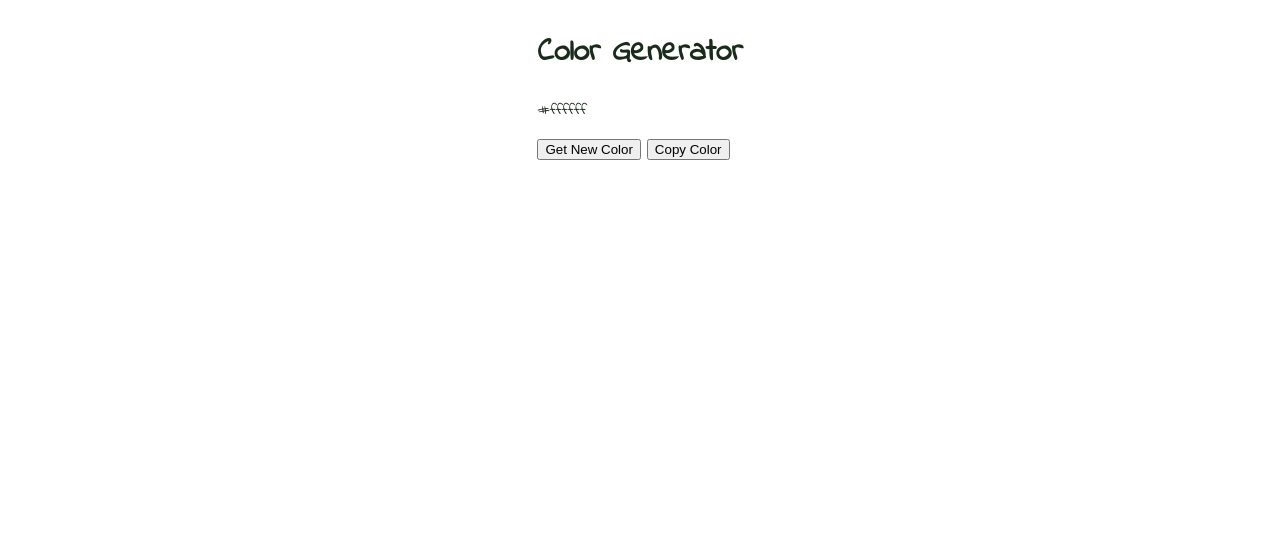
Repository: codimis/JSB-01-Color-Changer
Page: index.html
An editor plug-in stored every save of this project. The page is shown before and after the next save, followed by the edit.
The browser window is 1280 px wide. The pictures show the whole page.

Above is the page before, as saved 2021-09-17 01:35:58.

After the next save:
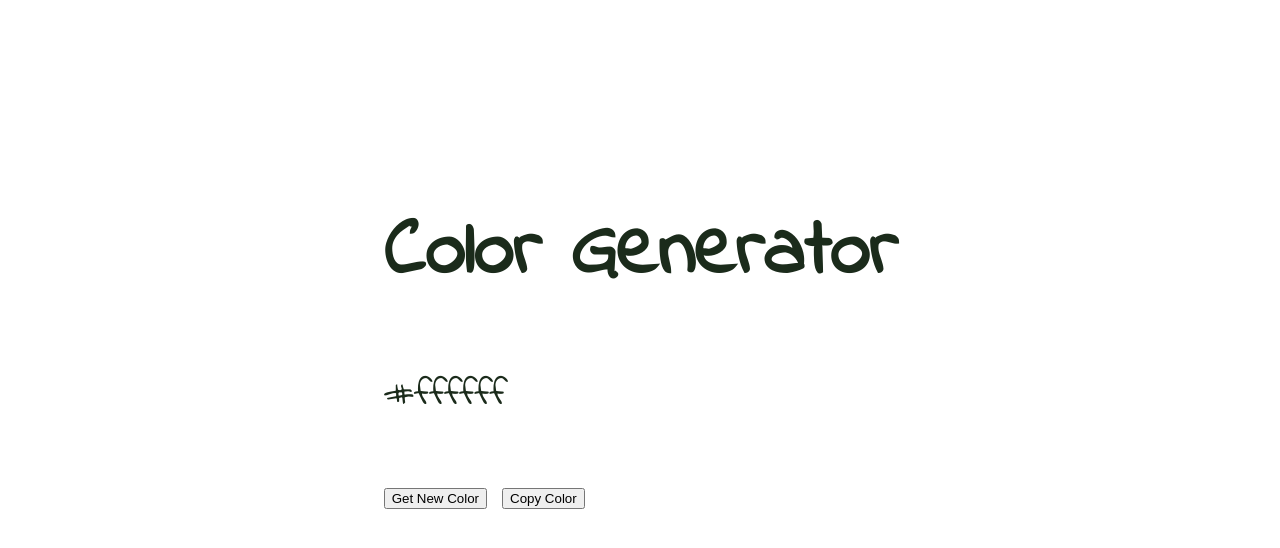
Saved 32 s later.
--- a/style.css
+++ b/style.css
@@ -10,5 +10,8 @@
     color: var(--color-dark);
     display: grid;
     place-items: center;
+    min-height: 90vh;
+    min-width: 90vw;
+    font-size: 2.5em;
 
 }
